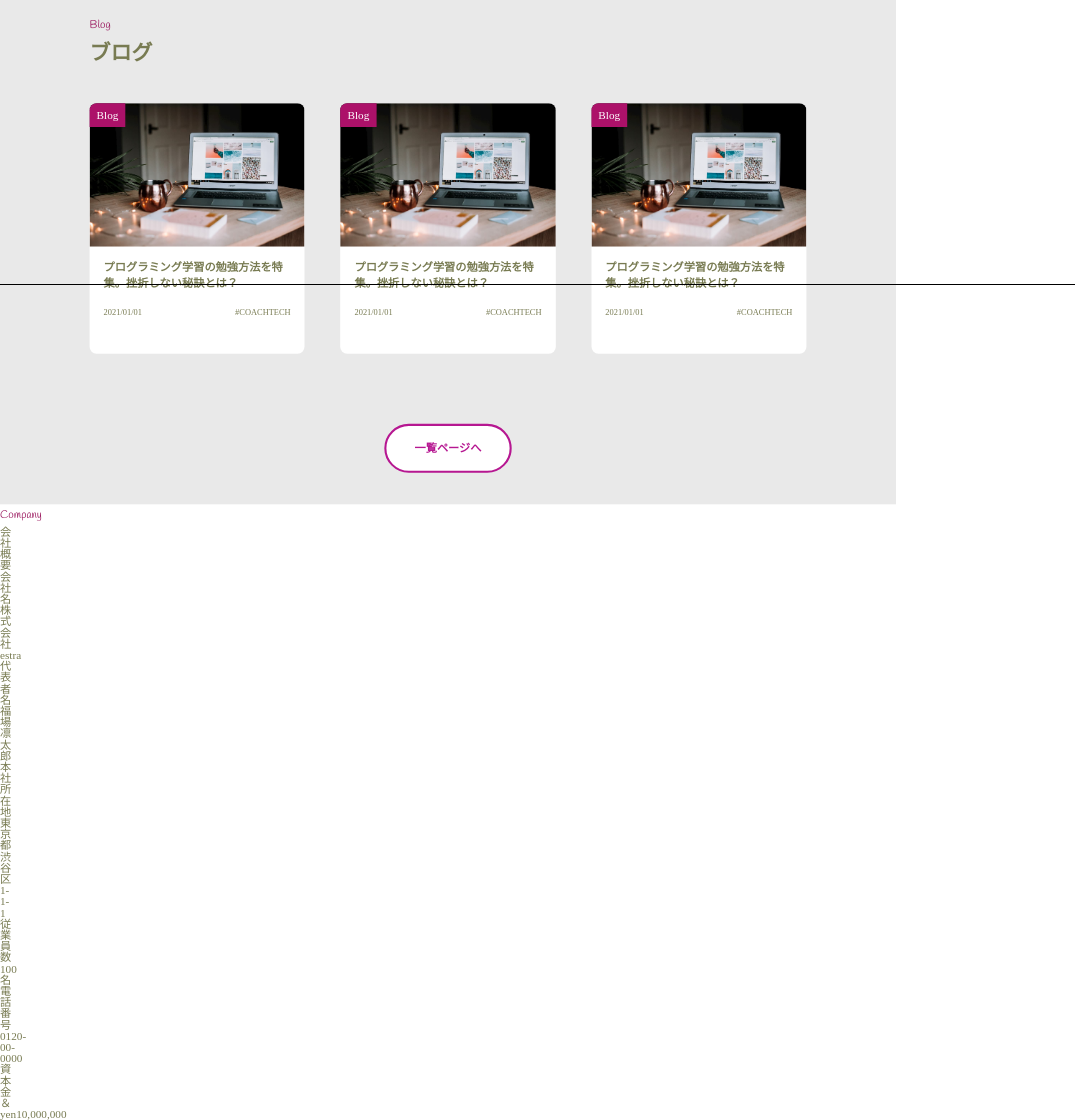
Repository: masanarimiura/20220504miura
Page: index.html
These files come from the project's save history. The page is drawn as it stood at one moment and after a run of saves; the edit follows.
The browser window is 1280 px wide. The page is 1536 px wide, so the pictures cover 1536 px, including what lies to the right of the window. The pictures show the part of the page from y = 2499 to 4099 px (the page is 4099 px tall before and 3299 px after), at 70% of full size.
Some web fonts or font styles are not loaded; a fallback is used.

Above is the page before, as saved 2022-05-05 00:47:33.

After the next 3 saves:
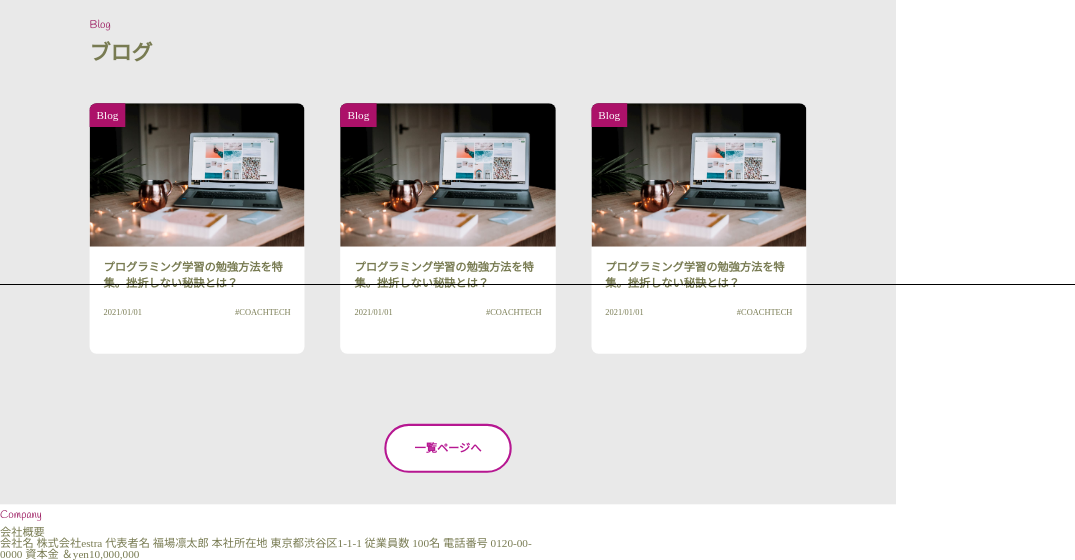
The 3 saves are shown as one change because they came seconds apart.
The last was saved 9 s later.
--- a/css/style.css
+++ b/css/style.css
@@ -262,5 +262,5 @@ a {
   color: rgb(182, 23, 145);
 }
 .company {
-  width: 6px;
-}
+  width: 60%;
+}
